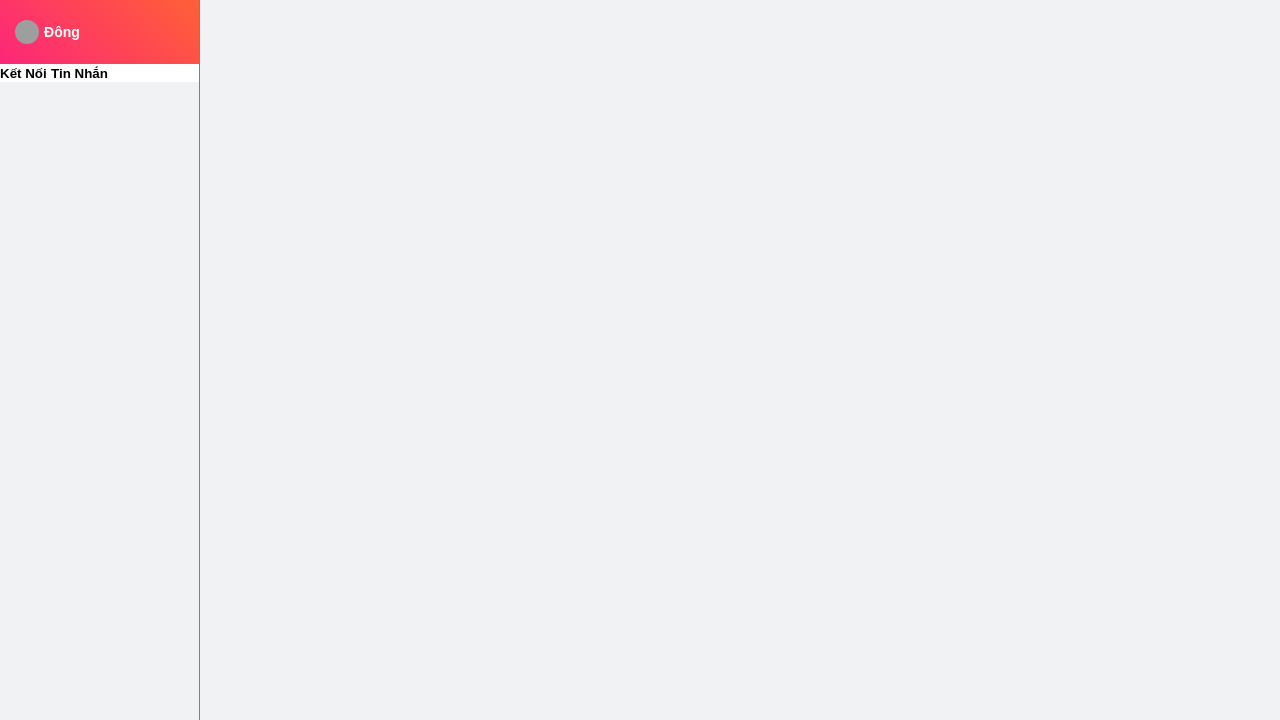
Repository: conquy2002/T2009A
Page: Project RobinTinder/website/index.html
The author's editor kept a copy of each file at every save. The page is drawn from the files as they stood at one save, then again after the next save.
The browser window is 1280 px wide. The pictures show the whole page.
Pictures or frames that could not be fetched are drawn as grey boxes.

Above is the page before, as saved 2022-01-07 09:01:01.

### Project RobinTinder/website/index.html
<!DOCTYPE html>
<html lang="en">
<head>
    <meta charset="UTF-8">
    <meta http-equiv="X-UA-Compatible" content="IE=edge">
    <meta name="viewport" content="width=device-width, initial-scale=1.0">
    <title>Robin Hẹn hò</title>
    <link rel="stylesheet" href="./css/style.css" />
</head>
<body>
    <div class="main">
        <aside class="nav">
            <div class="nav__header">
                <div class="nav__hearder--profile">
                    <a href="#">
                        <img src = "https://scontent.fhph1-3.fna.fbcdn.net/v/t1.6435-1/c1.64.198.199a/p200x200/141433767_1108249559690088_990288042436184426_n.jpg?_nc_cat=107&ccb=1-5&_nc_sid=7206a8&_nc_ohc=5yxEM9Iimv0AX_4k7Ox&_nc_ht=scontent.fhph1-3.fna&oh=00_AT-vqYdzU7_RG4YwBws_REoHUQ_G1kzl29AkfIijrbwnXg&oe=61FCEA38">
                        <h3>Đông</h3>
                    </a>
                </div>
                <div class="nav__header--contact"></div>
            </div>
            <div class="nav__qc"></div>
            <div class="nav_content">
                <div class="nav_content-button">
                    <button type="button" class="nav-button">Kết Nối</button>
                    <button type="button" class="nav-button">Tin Nhắn</button>
                </div>
            </div>
        </aside>
        <div class="content"></div>
    </div>
</body>
</html>

### Project RobinTinder/website/css/style.css
*{
    margin: 0;
    padding: 0;
    box-sizing: border-box;
}
body{
    font-family: sans-serif,Helvetica,Arial;
}
a{
    text-decoration: none;
}
.main{
    background-color: #f0f2f4;
    height: 100vh;
    width: 100%;
    display: flex;
}
.nav{
    flex-basis: 200px;
    height: 100%;
    border-right: .1px solid gray;
}
.nav__header{
    background: linear-gradient(
45deg,#fd267a,#ff6036);
    background-image: linear-gradient(
45deg, rgb(253, 38, 122), rgb(255, 96, 54));
    width: 100%;
    display: flex;
    overflow: hidden;
}
.nav__hearder--profile{
    padding: 15px 10px;
}
.nav__hearder--profile a{
    display: flex;
    padding: 5px;
    align-items: center;
    color: #fff;
    font-size: 12px;
    flex-basis: 25%;
    cursor: pointer;
}
.nav__hearder--profile img{
    height: 1.5rem;
    width: 1.5rem;
    border-radius: 50%;
    margin-right: 5px;
}
.nav__hearder--profile a:hover{
    background-color: rgba(0,0,0,.32)!important;
    border-radius: 36px;
}
.nav_content{
    background-color: #fff;
}
.nav-button{
    border: none;
    background-color: #fff;
    font-weight: bold;
}
.content{

}

After the next save:
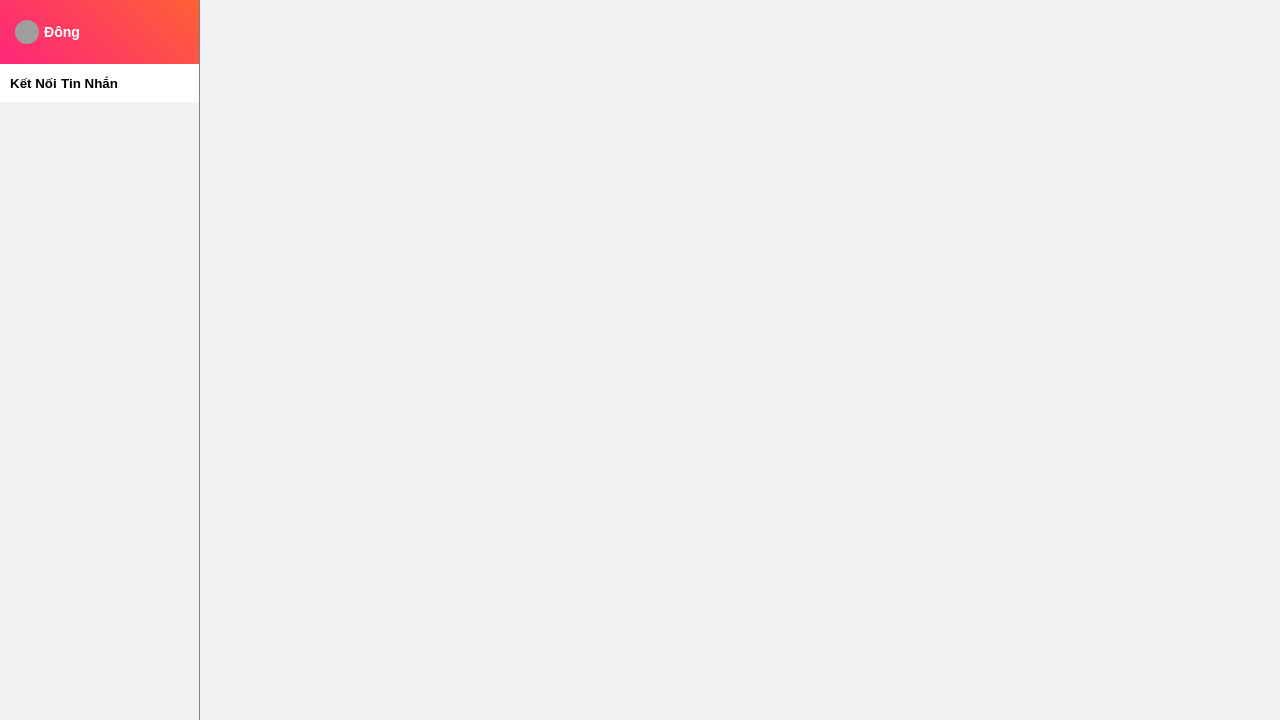
Saved 49 s later.
--- a/Project RobinTinder/website/css/style.css
+++ b/Project RobinTinder/website/css/style.css
@@ -54,6 +54,9 @@
 .nav_content{
     background-color: #fff;
 }
+.nav_content-button{
+    padding: 10px;
+}
 .nav-button{
     border: none;
     background-color: #fff;
